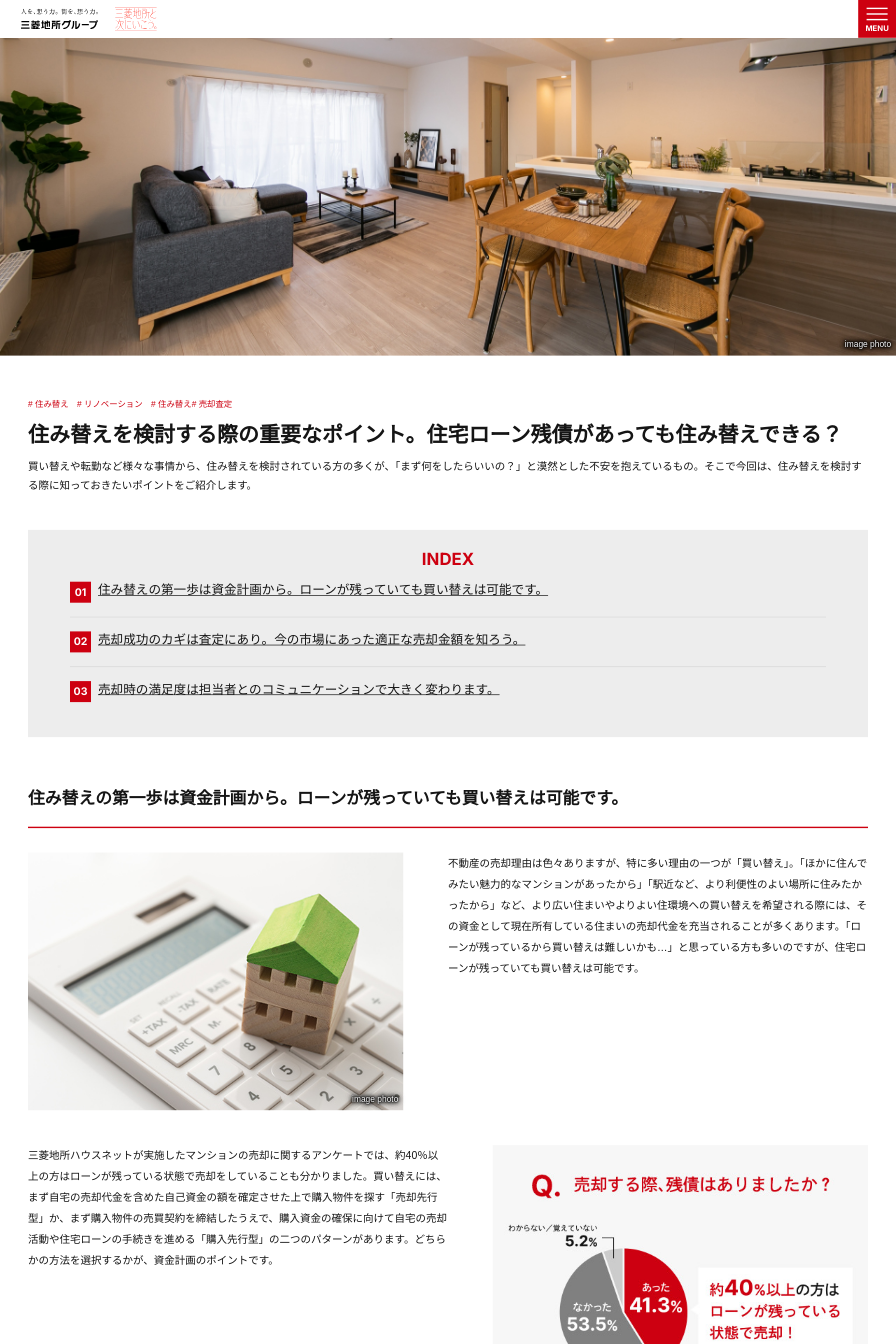
Repository: duongspm/group-kansai_new-data
Page: group-kansai_new/pickup/column07.html
The author's editor kept a copy of each file at every save. The page is drawn from the files as they stood at one save, then again after a run of saves.
The browser window is 1280 px wide. The pictures show the part of the page from y = 0 to 1920 px (the page is 3878 px tall), at 70% of full size.

Above is the page before, as saved 2023-06-30 14:51:42.

After the next 3 saves:
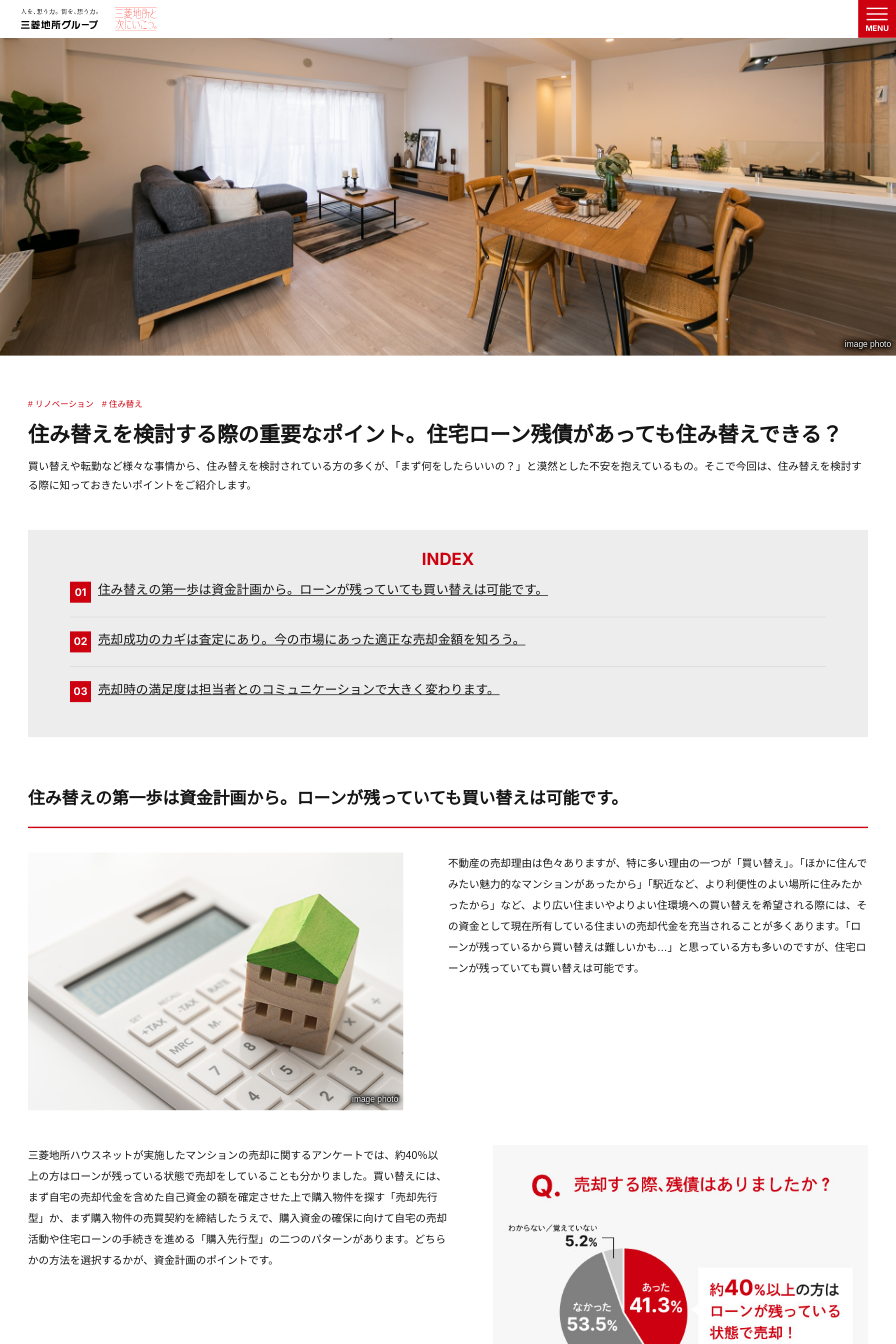
The 3 saves are shown as one change because they came seconds apart.
The last was saved 12 s later.
--- a/group-kansai_new/pickup/column07.html
+++ b/group-kansai_new/pickup/column07.html
@@ -98,8 +98,8 @@
         <section class="column container">
             <div class="column-group">
                 <ul class="hashtag">
-                    <li># 住み替え</li># リノベーション　# 住み替え
-                    <li># 売却査定</li>
+                    <li># リノベーション</li>
+                    <li># 住み替え</li>
                 </ul>
                 <h2>住み替えを検討する際の重要なポイント。住宅ローン残債があっても住み替えできる？</h2>
                 <p>買い替えや転勤など様々な事情から、住み替えを検討されている方の多くが、「まず何をしたらいいの？」と漠然とした不安を抱えているもの。そこで今回は、住み替えを検討する際に知っておきたいポイントをご紹介します。</p>
